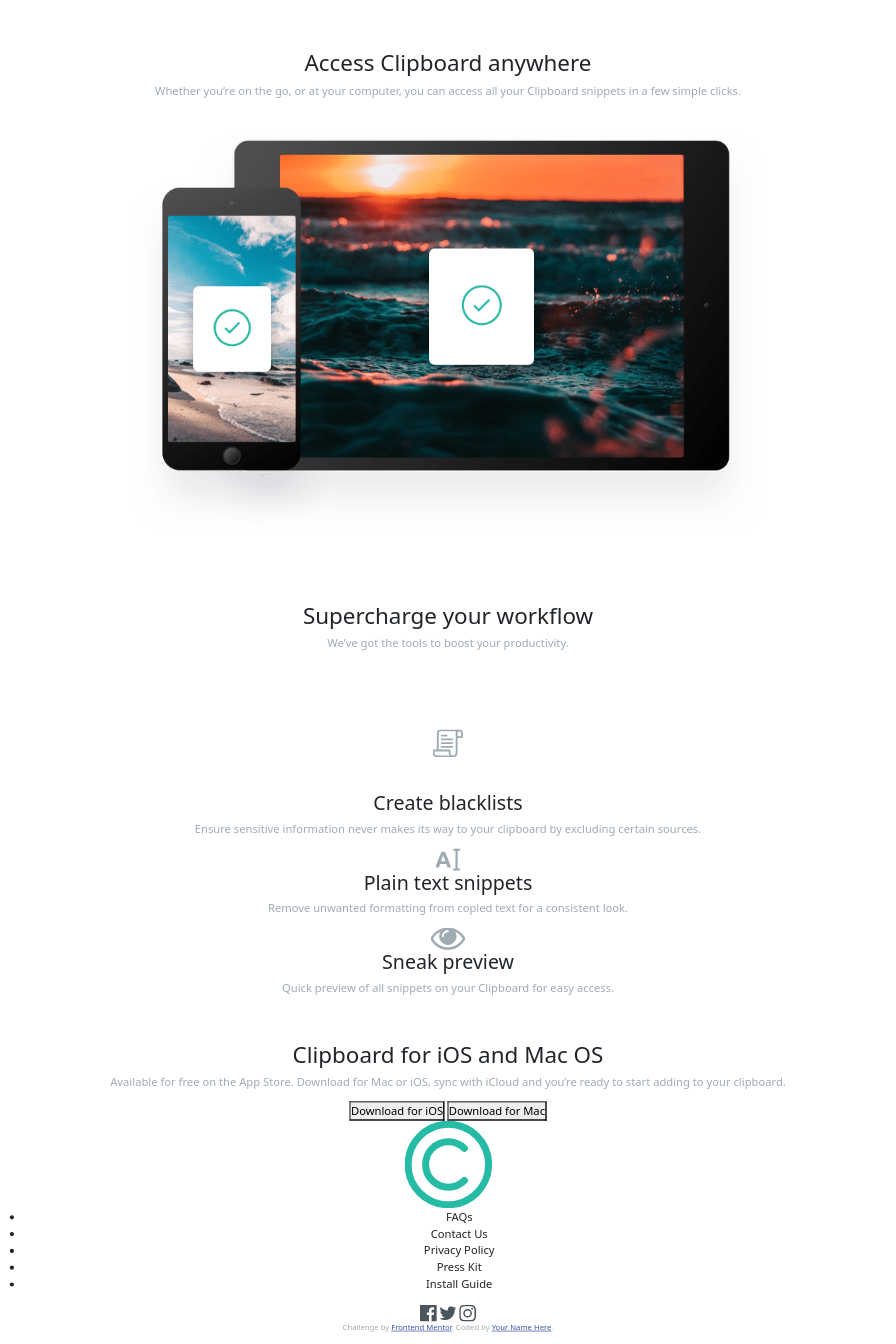
Repository: blordeus/clipboard-landing-page-master
Page: index.html
These files come from the project's save history. The page is drawn as it stood at one moment and after the next save; the edit follows.
The browser window is 1280 px wide. The pictures show the part of the page from y = 1670 to 3590 px (the page is 3590 px tall before and 3566 px after), at 70% of full size.
Some web fonts or font styles are not loaded; a fallback is used. The style sheet was rebuilt from its Sass, Less or Tailwind sources for each picture, by a compiler version that may differ from the author's.

Above is the page before, as saved 2023-09-04 11:50:14.

### index.html
<!DOCTYPE html>
<html lang="en">
<head>
  <meta charset="UTF-8">
  <meta name="viewport" content="width=device-width, initial-scale=1.0"> <!-- displays site properly based on user's device -->

  <link rel="icon" type="image/png" sizes="32x32" href="./images/favicon-32x32.png">
  <link rel="stylesheet" href="style.css">
  <link href="https://cdn.jsdelivr.net/npm/bootstrap@5.3.1/dist/css/bootstrap.min.css" rel="stylesheet" integrity="sha384-4bw+/aepP/YC94hEpVNVgiZdgIC5+VKNBQNGCHeKRQN+PtmoHDEXuppvnDJzQIu9" crossorigin="anonymous">
  <title>Frontend Mentor | Clipboard landing page</title>

</head>
<body>
<main class="text-center">
    <header class="background py-4">
      <img src="./images/logo.svg" alt="">
      <h1 class="mt-5 translate-bottom-y">A history of everything you copy</h1>
    </header>

    <p>
      Clipboard allows you to track and organize everything you
      copy. Instantly access your clipboard on all your devices.
    </p>

    <div class="d-grid gap-3 col-10 mx-auto my-5 pb-5">
      <button class="btn-cyan rounded-pill">Download for iOS</button>
      <button class="btn-blue rounded-pill">Download for Mac</button>
    </div>

    <h2 class="pt-5">Keep track of your snippets</h2>

    <p class="pb-5">
      Clipboard instantly stores any item you copy in the cloud,
      meaning you can access your snippets immediately on all your
      devices. Our Mac and iOS apps will help you organize everything.
    </p>

    <section class="d-grid pb-5 mx-4 gap-5">
      <img class="img-fluid" src="./images/image-computer.png" alt="computer">
      <div>
        <h3>Quick Search</h3>
        <p>Easily search your snippets by content, category, web address, application, and more.</p>
        <h3>iCloud Sync</h3>
        <p>Instantly saves and syncs snippets across all your devices.</p>
        <h3>Complete History</h3>
        <p>Retrieve any snippets from the first moment you started using the app.</p>
      </div>
    </section>

    <section class="py-5 mx-4">
      <h2>Access Clipboard anywhere</h2>
      <p class="mb-5">
        Whether you’re on the go, or at your computer, you can access all your Clipboard
        snippets in a few simple clicks.
      </p>
      <img class="img-fluid" src="./images/image-devices.png" alt="">
    </section>

    <section class="mx-3 py-5">
      <h2>Supercharge your workflow</h2>
      <p>We’ve got the tools to boost your productivity.</p>
    </section>

    <section class="py-5">
      <div>
        <img class="mb-5" src="./images/icon-blacklist.svg" alt="blacklist">
        <h3>Create blacklists</h3>
        <p>Ensure sensitive information never makes its way to your clipboard by excluding certain sources.</p>
      </div>
      <div>
        <img src="./images/icon-text.svg" alt="blacklist">
        <h3>Plain text snippets</h3>
        <p>Remove unwanted formatting from copied text for a consistent look.</p>
      </div>
      <div>
        <img src="./images/icon-preview.svg" alt="blacklist">
        <h3>Sneak preview</h3>
        <p>Quick preview of all snippets on your Clipboard for easy access.</p>
      </div>
    </section>

    <h2>Clipboard for iOS and Mac OS</h2>

    <p>
      Available for free on the App Store. Download for Mac or iOS, sync with iCloud
      and you’re ready to start adding to your clipboard.
    </p>

    <button>Download for iOS</button>
    <button>Download for Mac</button>

    <section>
      <img src="./images/logo.svg" alt="">
      <ul>
        <li>FAQs</li>
        <li>Contact Us</li>
        <li>Privacy Policy</li>
        <li>Press Kit</li>
        <li>Install Guide</li>
      </ul>
      <div class="icons">
        <img src="./images/icon-facebook.svg" alt="">
        <img src="./images/icon-twitter.svg" alt="">
        <img src="./images/icon-instagram.svg" alt="">
      </div>
    </section>

    <footer>
      <p class="attribution">
        Challenge by <a rel= "noopener" href="https://www.frontendmentor.io?ref=challenge" target="_blank">Frontend Mentor</a>.
        Coded by <a href="#">Your Name Here</a>.
      </p>
    </footer>
</main>
</body>
</html>

### style.scss
@import url('https://fonts.googleapis.com/css2?family=Bai+Jamjuree:wght@400;600&family=Karla:wght@400;700&display=swap');

:root{
--Strong-Cyan: hsl(171, 66%, 44%);
--Light-Blue: hsl(233, 100%, 69%);
--Dark-Grayish-Blue: hsl(210, 10%, 33%);
--Grayish-Blue: hsl(201, 11%, 66%);

}
//reset
* {
    margin: 0;
    padding: 0;
    box-sizing: border-box;
}

body {
    font-family: 'Bai Jamjuree', sans-serif;
    background-color: hsl(204, 43%, 93%);
    font-size: 18px;
}

p {
    color: var(--Grayish-Blue);
}

//button
.btn-cyan {
    background-color: var(--Strong-Cyan);
    color: white;
    padding: 1rem;
    border: none;
    cursor: pointer;
}

.btn-blue {
    background-color: var(--Light-Blue);
    color: white;
    padding: 1rem;
    border: none;
    cursor: pointer;
}

.background {
    background-image: url(./images/bg-header-mobile.png);
    background-repeat: no-repeat;
    background-size: cover;
    background-position: center;
    height: 100%;
    width: 100%;
}

.attribution { font-size: 11px; text-align: center; }
.attribution a { color: hsl(228, 45%, 44%); }

//media query for 900px
@media screen and (min-width: 900px) {
    .background {
        background-image: url(./images/bg-header-desktop.png);
    }
}

After the next save:
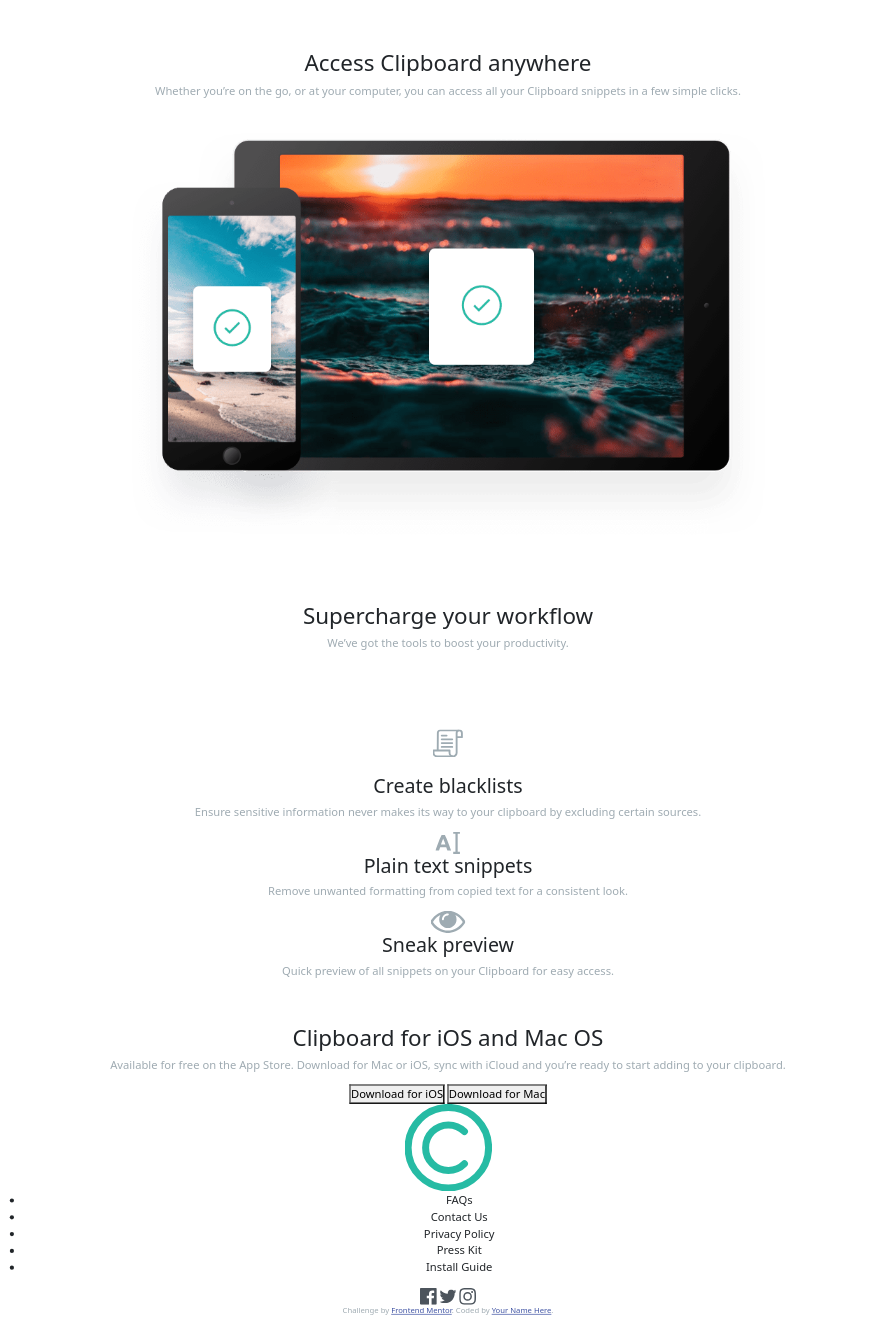
Saved 4 s later.
--- a/index.html
+++ b/index.html
@@ -63,7 +63,7 @@
 
     <section class="py-5">
       <div>
-        <img class="mb-5" src="./images/icon-blacklist.svg" alt="blacklist">
+        <img class="mb-4" src="./images/icon-blacklist.svg" alt="blacklist">
         <h3>Create blacklists</h3>
         <p>Ensure sensitive information never makes its way to your clipboard by excluding certain sources.</p>
       </div>

After the save that followed:
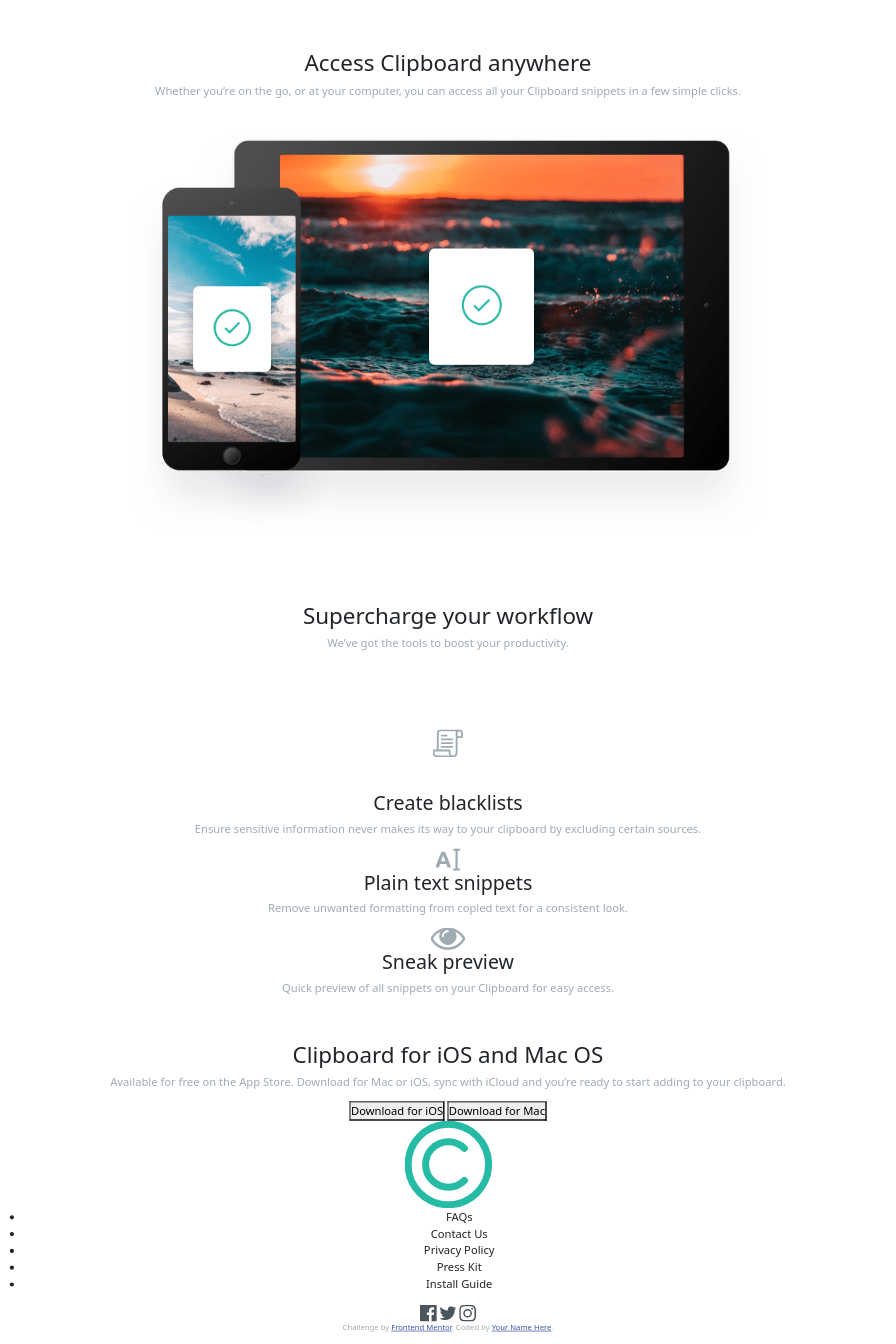
Saved 6 s later.
--- a/index.html
+++ b/index.html
@@ -63,7 +63,7 @@
 
     <section class="py-5">
       <div>
-        <img class="mb-4" src="./images/icon-blacklist.svg" alt="blacklist">
+        <img class="mb-5" src="./images/icon-blacklist.svg" alt="blacklist">
         <h3>Create blacklists</h3>
         <p>Ensure sensitive information never makes its way to your clipboard by excluding certain sources.</p>
       </div>
